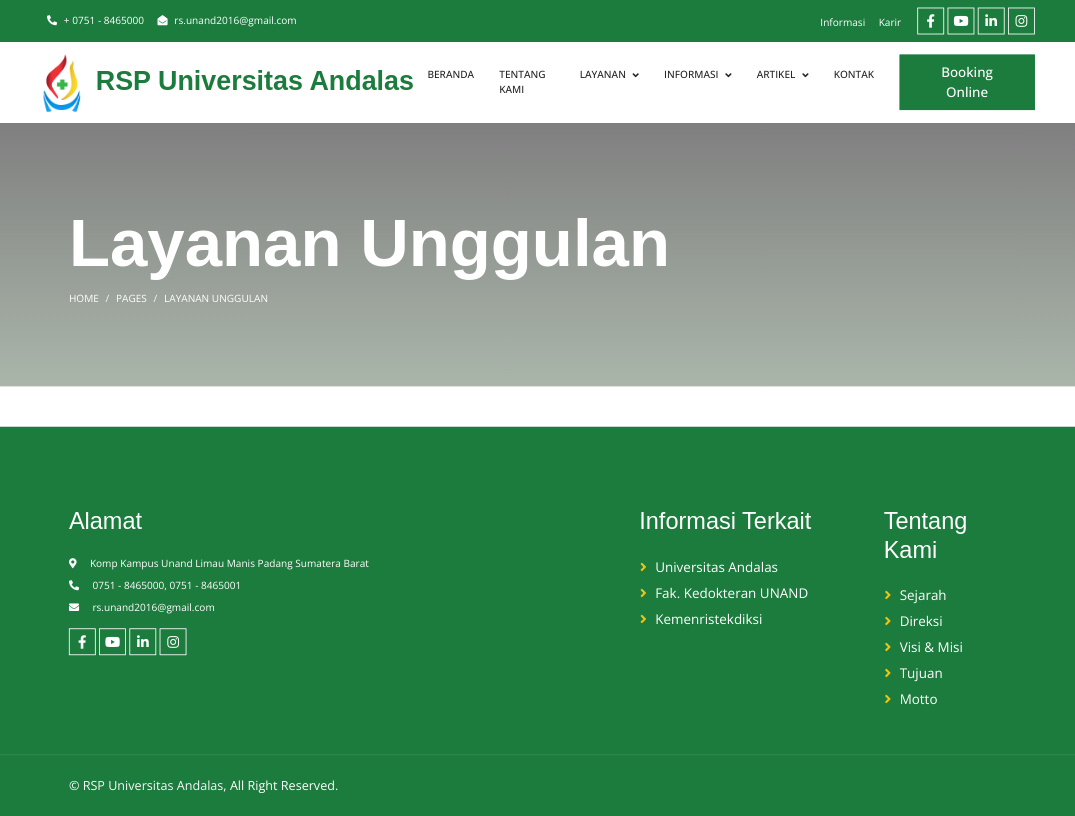
Repository: vivin-erialis/rsunand-site
Page: http://localhost/layanan-unggulan
The author's editor kept a copy of each file at every save. The page is drawn from the files as they stood at one save, then again after the next save.
The browser window is 1280 px wide. The pictures show the whole page, at 84% of full size.
Some web fonts or font styles are not loaded; a fallback is used. Some web libraries are served in a nearby version. The page is served by the project's Laravel application, run on PHP 8.4 with Laravel 12. Queries for data that is not in the repository find no rows.

Above is the page before, as saved 2024-06-10 09:35:44.
Console error: TypeError: Cannot read properties of undefined (reading 'version')

After the next save:
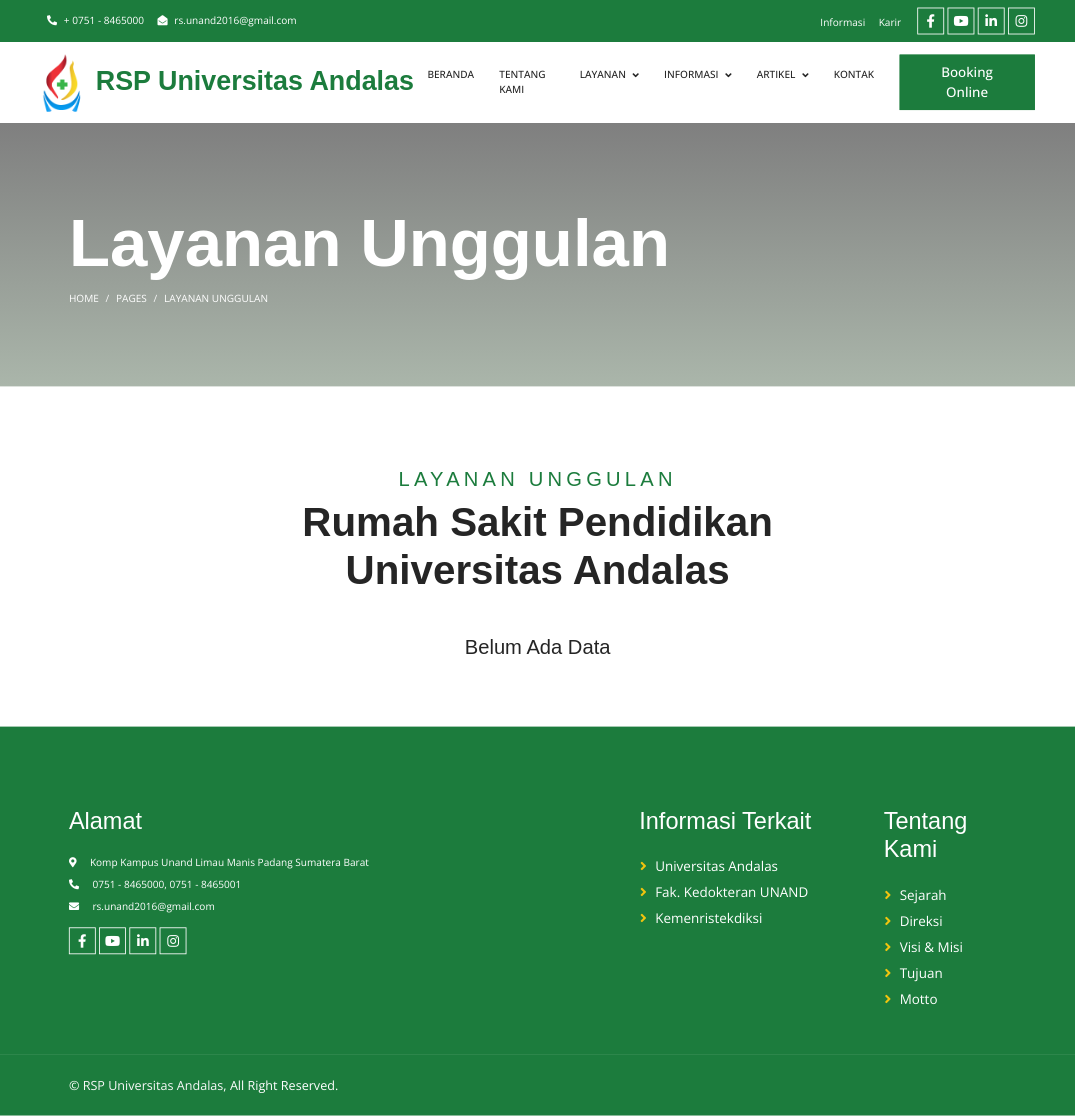
Saved 26 s later.
--- a/resources/views/Frontend/layanan/layanan-unggulan.blade.php
+++ b/resources/views/Frontend/layanan/layanan-unggulan.blade.php
@@ -3,5 +3,45 @@
 @section('title', 'Layanan Unggulan')
 @include('Frontend.layouts.header')
 
+<div class="container-xxl py-5">
+    <div class="container">
+        <div class="text-center mx-auto mb-5 wow fadeInUp" data-wow-delay="0.1s" style="max-width: 600px;">
+            <h4 class="section-title">LAYANAN UNGGULAN</h4>
+            <h1 class="display-5 mb-4">Rumah Sakit Pendidikan Universitas Andalas</h1>
+        </div>
+        @if ($layanan->isEmpty())
+            <h4 class="mt-5 text-center">Belum Ada Data</h4>
+        @endif
+        <div class="row g-4">
+            @foreach ($layanan as $item)
+                <div class="col-lg-4 col-md-6 wow fadeInUp" data-wow-delay="0.5s">
+                    <div class="service-item d-flex position-relative text-center h-100" style="border-radius:10px">
+                        @if ($item->gambar)
+                            @php
+                                $gambarArray = json_decode($item->gambar);
+                                if ($gambarArray) {
+                                    $gambarPertama = reset($gambarArray);
+                                }
+                            @endphp
 
+                            @if (!empty($gambarPertama))
+                                <a href="/layanan-unggulan/{{ $item->url }}">
+                                    <img class="bg-img" src="{{ asset('/../images/layanan/' . $gambarPertama) }}">
+                                </a>
+                            @endif
+                        @endif
+                        <div class="service-text p-5">
+                            <i class="fa fa-hospital flex-shrink-0 mb-4" style="color: white; font-size: 40px"></i>
+                            <h2 class="mb-3" style="color: white">{{ $item->nama_layanan }}</h2>
+                            <p class="mb-4" style="font-size: 14px">{{ Str::limit($item->desc, 80, '...') }}.</p>
+                            <a class="btn" href="/layanan/{{ $item->url }}"><i
+                                    class="fa fa-plus text-primary me-3"></i>Read
+                                More</a>
+                        </div>
+                    </div>
+                </div>
+            @endforeach
+        </div>
+    </div>
+</div>
 @endsection
